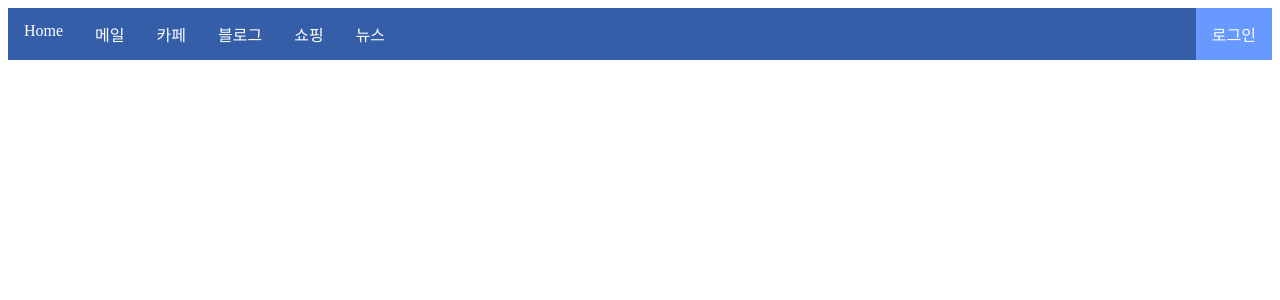
Repository: kdh2212/KDT_code
Page: http://localhost/20250806Web/list.jsp
An editor plug-in stored every save of this project. The page is shown before and after the next save, followed by the edit.
The browser window is 1280 px wide. The pictures show the whole page.
The page is served by Tomcat 9. Queries for data that is not in the repository find no rows.

Above is the page before, as saved 2025-08-06 07:28:33.

After the next save:
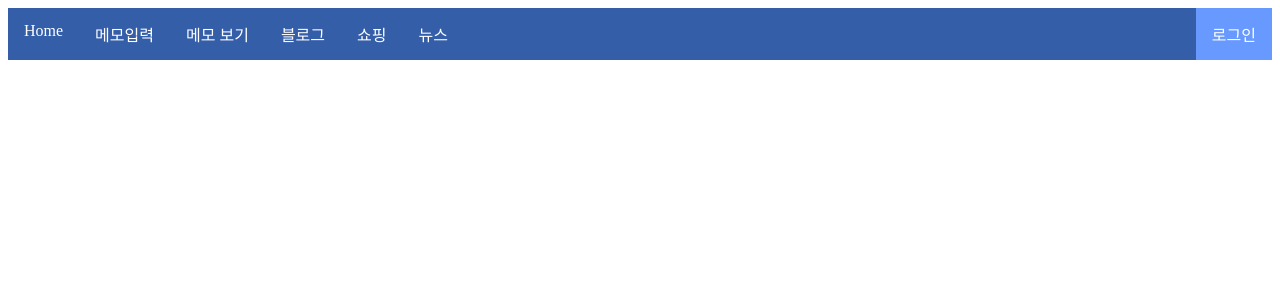
Saved 37 s later.
--- a/20250806Web/src/main/webapp/list.jsp
+++ b/20250806Web/src/main/webapp/list.jsp
@@ -70,8 +70,8 @@ th, td {padding: 10px 20px;}
 <body>
 <ul>
 		  <li><a href="#home">Home</a></li>
-		  <li><a href="#mail">메일</a></li>
-		  <li><a href="#cafe">카페</a></li>
+ 		  <li><a href="insForm.jsp">메모입력</a></li>
+		  <li><a href="list.jsp">메모 보기</a></li>
 		  <li><a href="#blog">블로그</a></li>
 		  <li class="dropdown">
 			    <a href="#shopping" class="dropbtn">쇼핑</a>
